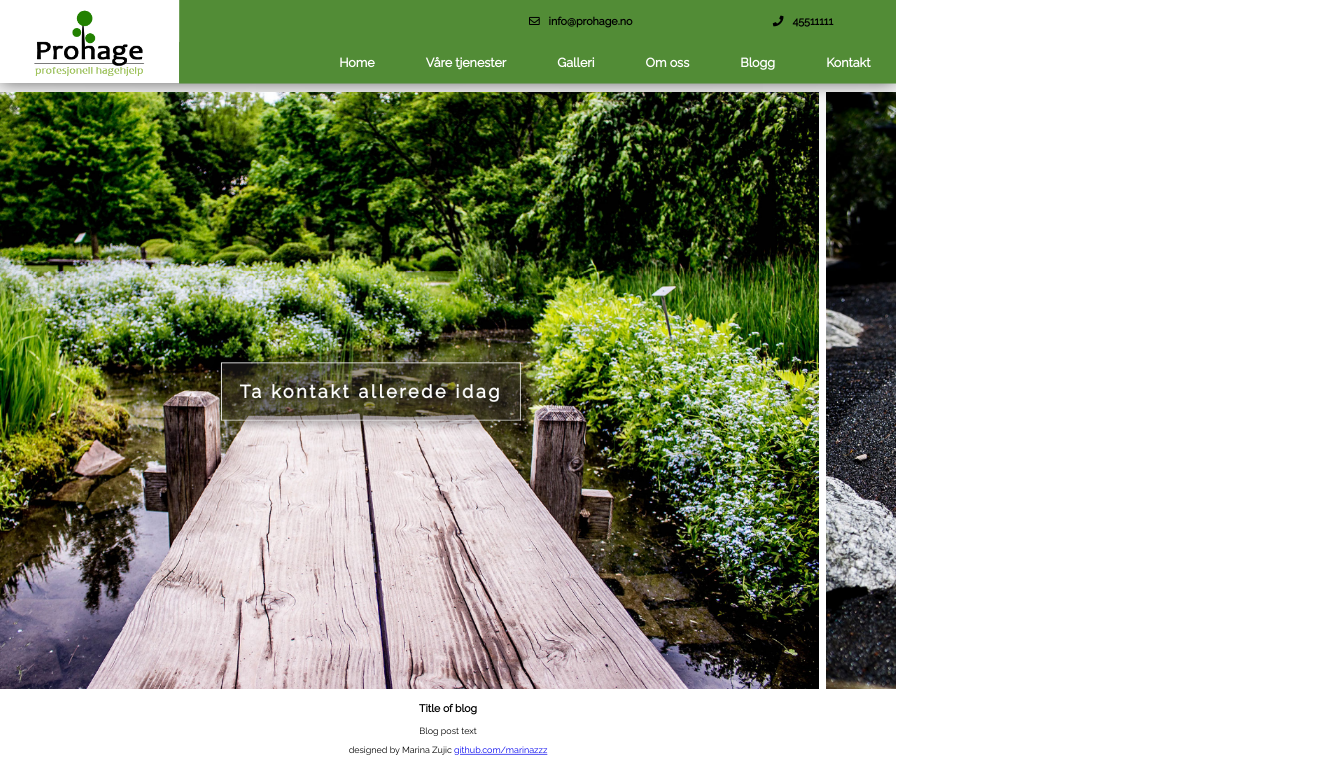
Repository: marinazzz/garden-design-website
Page: Garden design website/index.html
An editor plug-in stored every save of this project. The page is shown before and after the next save, followed by the edit.
The browser window is 1280 px wide. The page is 1280 px wide, then 1920 px, so the pictures cover 1920 px, including what lies to the right of the window. The pictures show the part of the page from y = 0 to 1280 px (the page is 1092 px tall before and 5349 px after), at 70% of full size.

Above is the page before, as saved 2020-03-31 09:45:44.

After the next save:
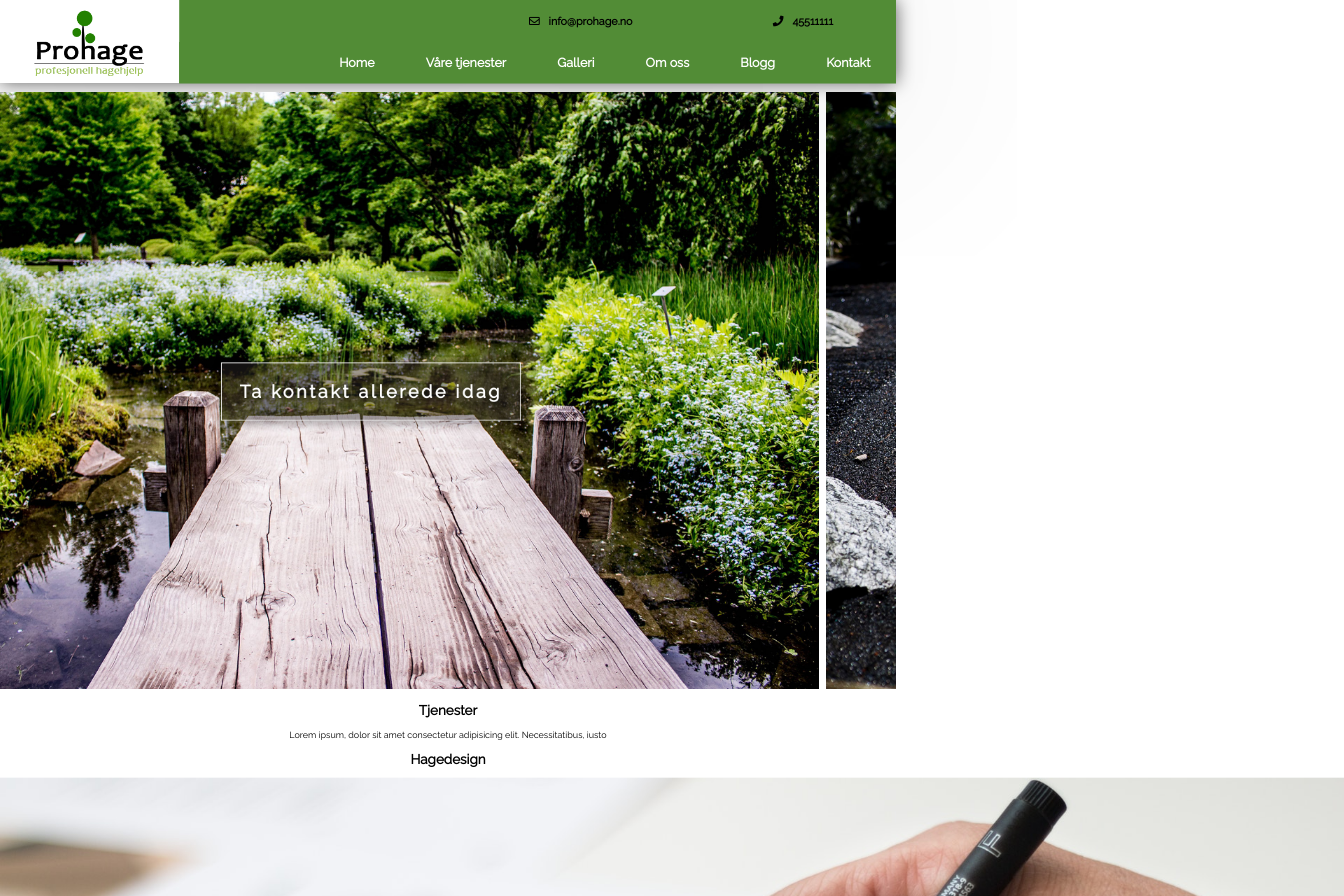
Saved 45 min 30 s later.
--- a/Garden design website/index.html
+++ b/Garden design website/index.html
@@ -128,7 +128,26 @@
      </header>
      <main>
          <section id="services">
-
+            <h1 class="services-title">Tjenester</h1>
+            <p class="services-txt">Lorem ipsum, dolor sit amet consectetur adipisicing elit. Necessitatibus, iusto</p>
+            <section class="services-item">
+                <h2 class="services-item-title">Hagedesign</h2>
+                <img class="services-photo" src="images/person-holding-black-pen-1109541.jpg" alt="Hagedesigner tegner">
+                <p class="services-txt">Lorem ipsum dolor sit amet consectetur adipisicing elit. Reiciendis, laboriosam.</p>
+                <button class="services-toggle">les mer</button>
+            </section>
+            <section class="services-item">
+                <h2 class= "services-item-title">Hagekonsultasjon</h2>
+                <img class="services-photo" src="images/colorful-garden-1226667-1919x1272.jpg" alt="Hagekonsultasjon med hagedesigner">
+                <p class="services-txt">Lorem ipsum dolor sit amet consectetur adipisicing elit. Reiciendis, laboriosam.</p>
+                <button class="services-toggle">les mer</button>
+            </section>
+            <section class="services-item">
+                <h2 class="services-item-title">Hageskise</h2>
+                <img class="services-photo" src="images/selective-focus-photography-of-green-leafed-plant-on-table-1424464.jpg" alt="Hagedesigner hjelp">
+                <p class="services-txt">Lorem ipsum dolor sit amet consectetur adipisicing elit. Reiciendis, laboriosam.</p>
+                <button class="services-toggle">les mer</button>
+            </section>
          </section>
          <section id="gallery">
 
